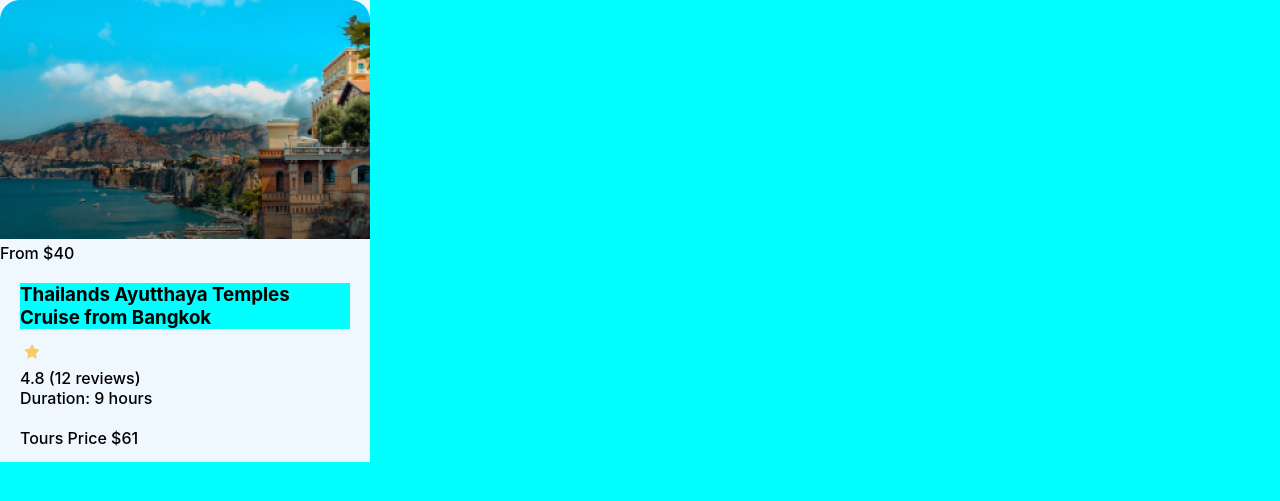
Repository: nguyentuankiet-k61/K_IT-demo
Page: index.html
The author's editor kept a copy of each file at every save. The page is drawn from the files as they stood at one save, then again after the next save.
The browser window is 1280 px wide. The pictures show the whole page.
Some web fonts or font styles are not loaded; a fallback is used.

Above is the page before, as saved 2022-09-29 15:12:15.

After the next save:
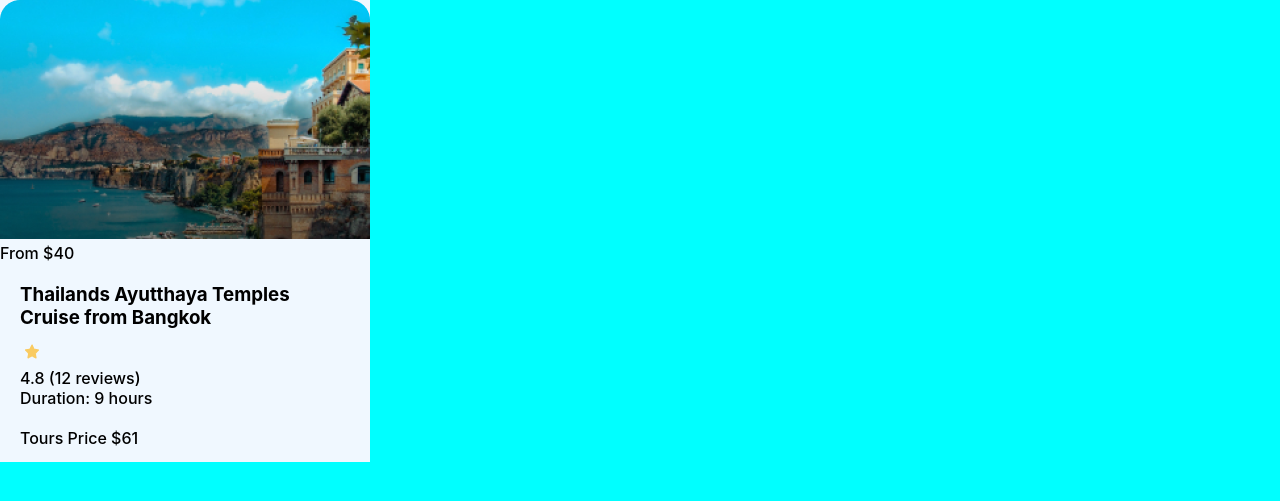
Saved 5 s later.
--- a/CSS/app.css
+++ b/CSS/app.css
@@ -18,7 +18,7 @@ body{
    padding: 20px 20px 14px 20px;
 }
 .Tours_title{
-    background-color: aqua;
+
     margin-bottom: 10px;
 }
 .Tours_ratting{
